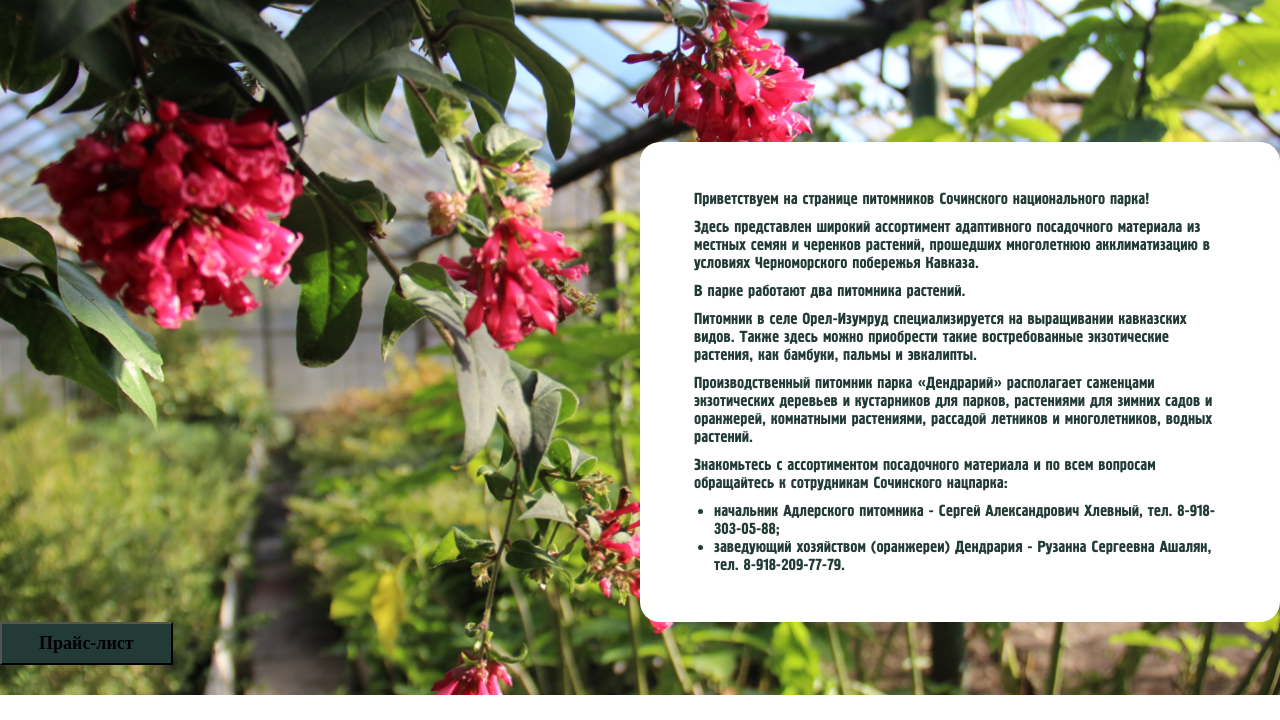
Repository: sem1103/np-sochi
Page: index.html
The author's editor kept a copy of each file at every save. The page is drawn from the files as they stood at one save, then again after the next save.
The browser window is 1280 px wide. The pictures show the whole page.

Above is the page before, as saved 2024-01-17 19:56:59.

After the next save:
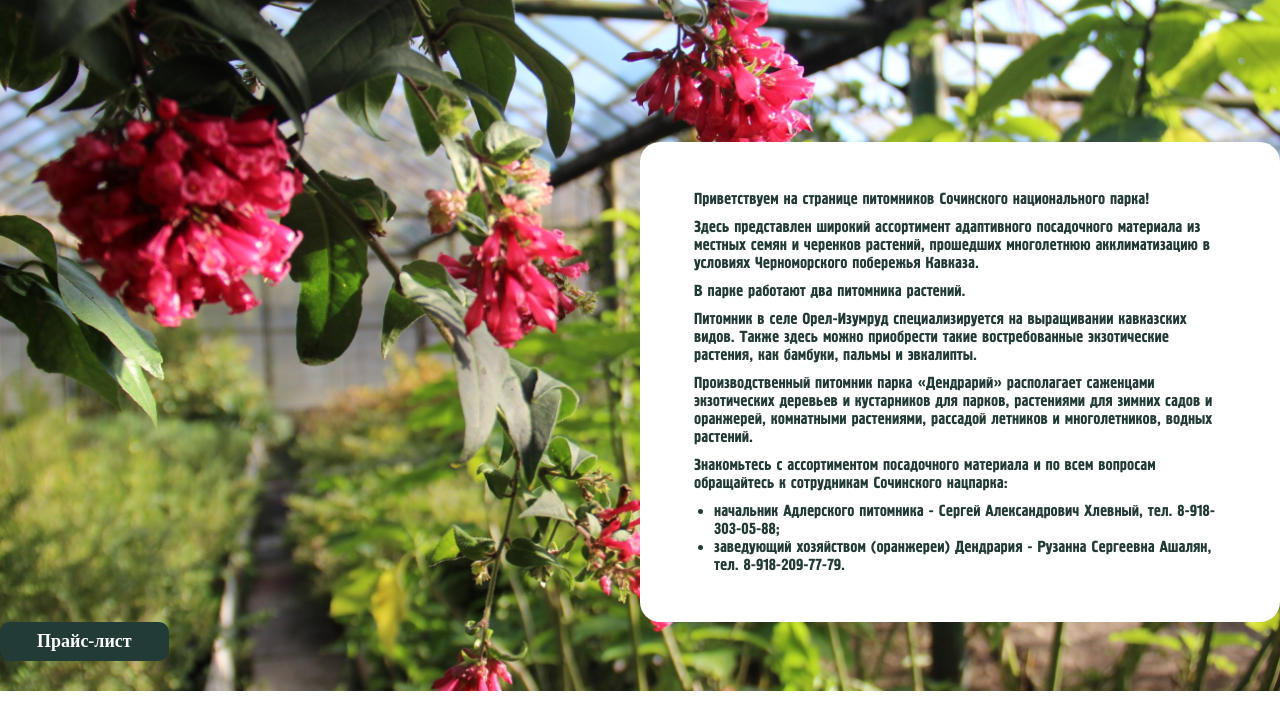
Saved 30 s later.
--- a/styles/main.css
+++ b/styles/main.css
@@ -39,4 +39,7 @@ li{
     font: 600 18px 'Fira Sans';
     margin: 0;
     background: var(--gray);
+    color: #fff;
+    border: 0;
+    border-radius: 10px;
 }
